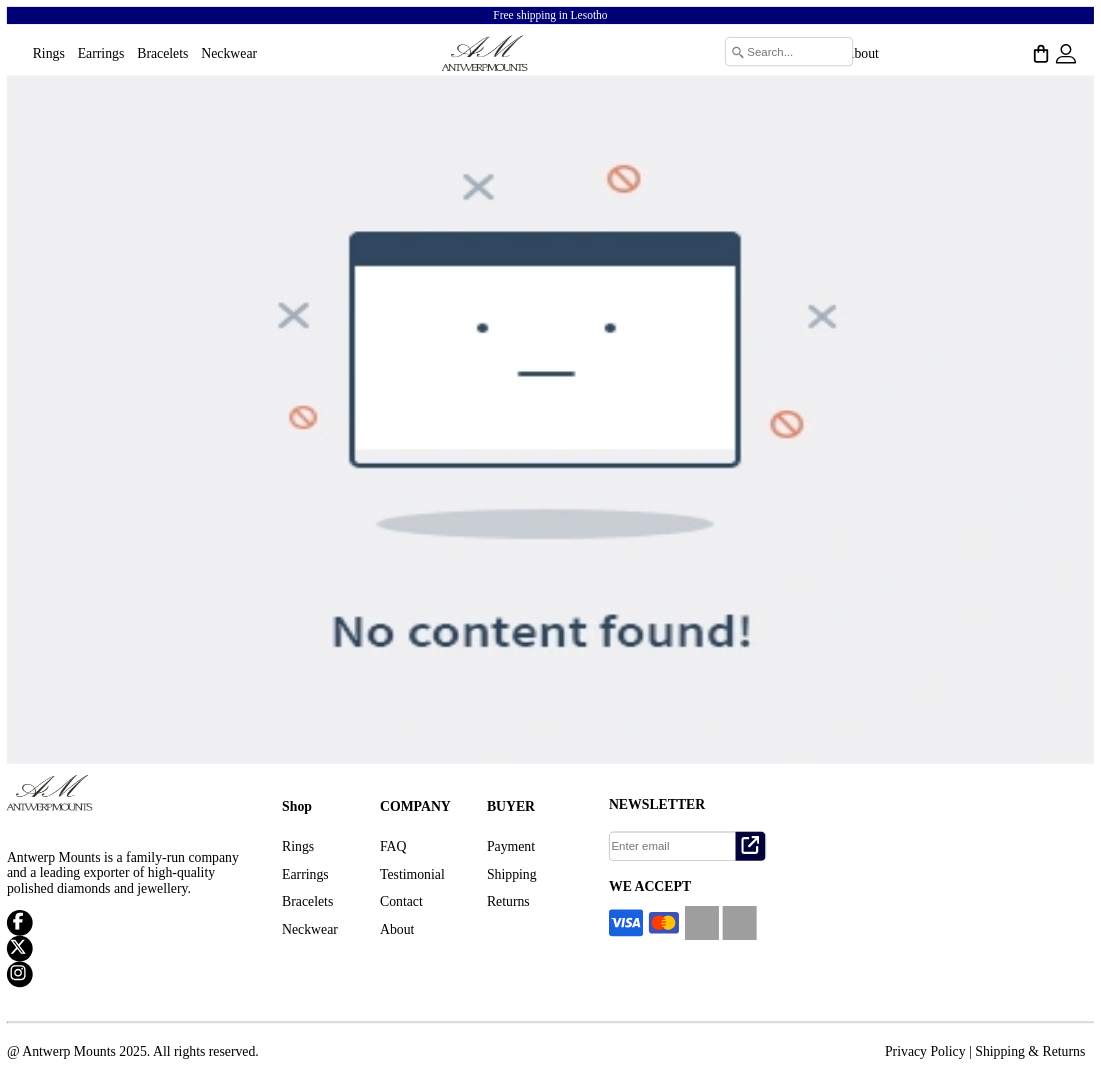
Repository: kea-0424/Web-Development-Project-1
Page: First_collaboration/JewelarySite.html
The author's editor kept a copy of each file at every save. The page is drawn from the files as they stood at one save, then again after the next save.
The browser window is 1280 px wide. The pictures show the whole page, at 86% of full size.
Pictures or frames that could not be fetched are drawn as grey boxes.

Above is the page before, as saved 2025-01-23 12:34:58.

After the next save:
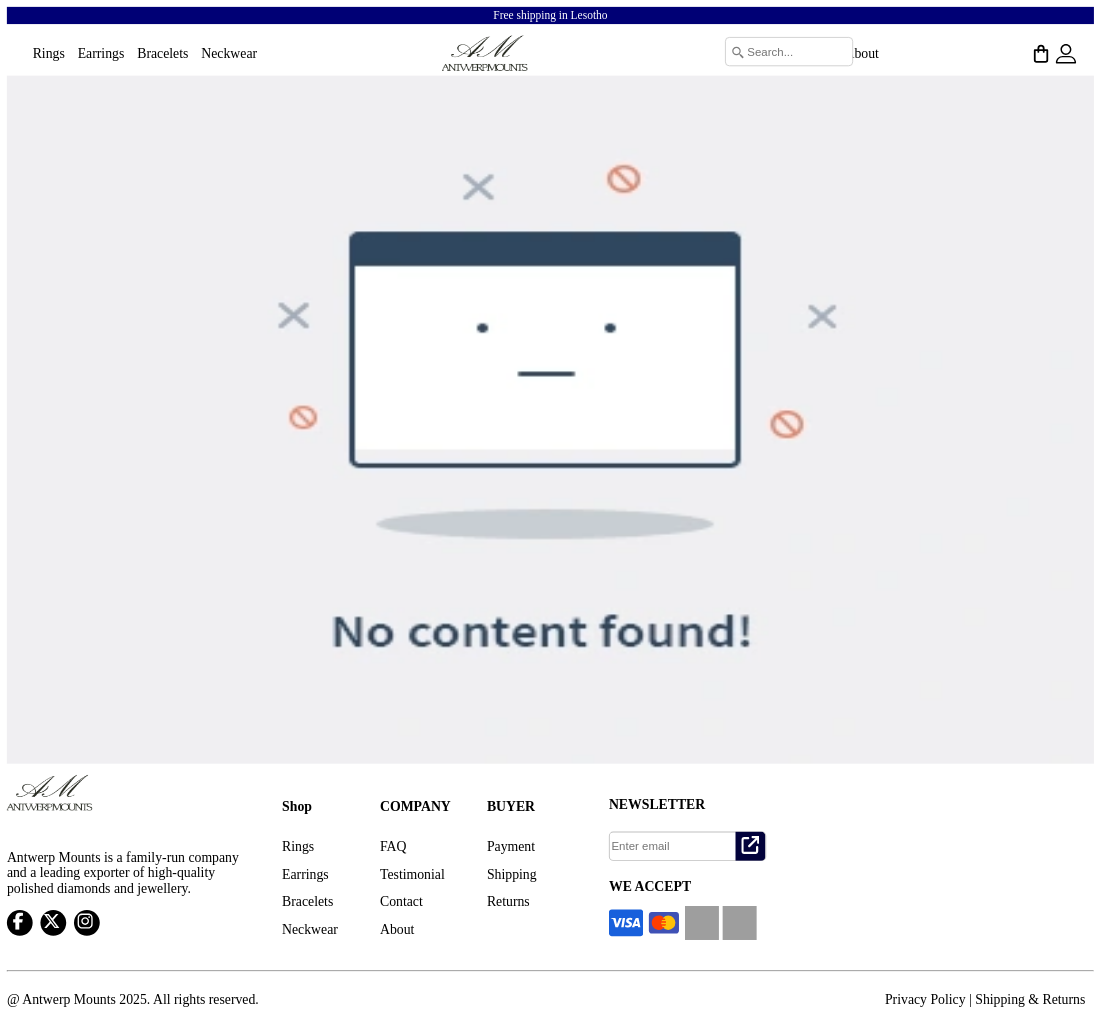
Saved 6 s later.
--- a/First_collaboration/JewelarySite.css
+++ b/First_collaboration/JewelarySite.css
@@ -114,9 +114,6 @@ main,.No_Content {
     background-color: black;
     border-radius: 50%;
     margin-right: 5px;
-    display: flex;
-    align-items: center;
-    justify-
 }
 .bio {
     /*border: 1px solid red;*/
